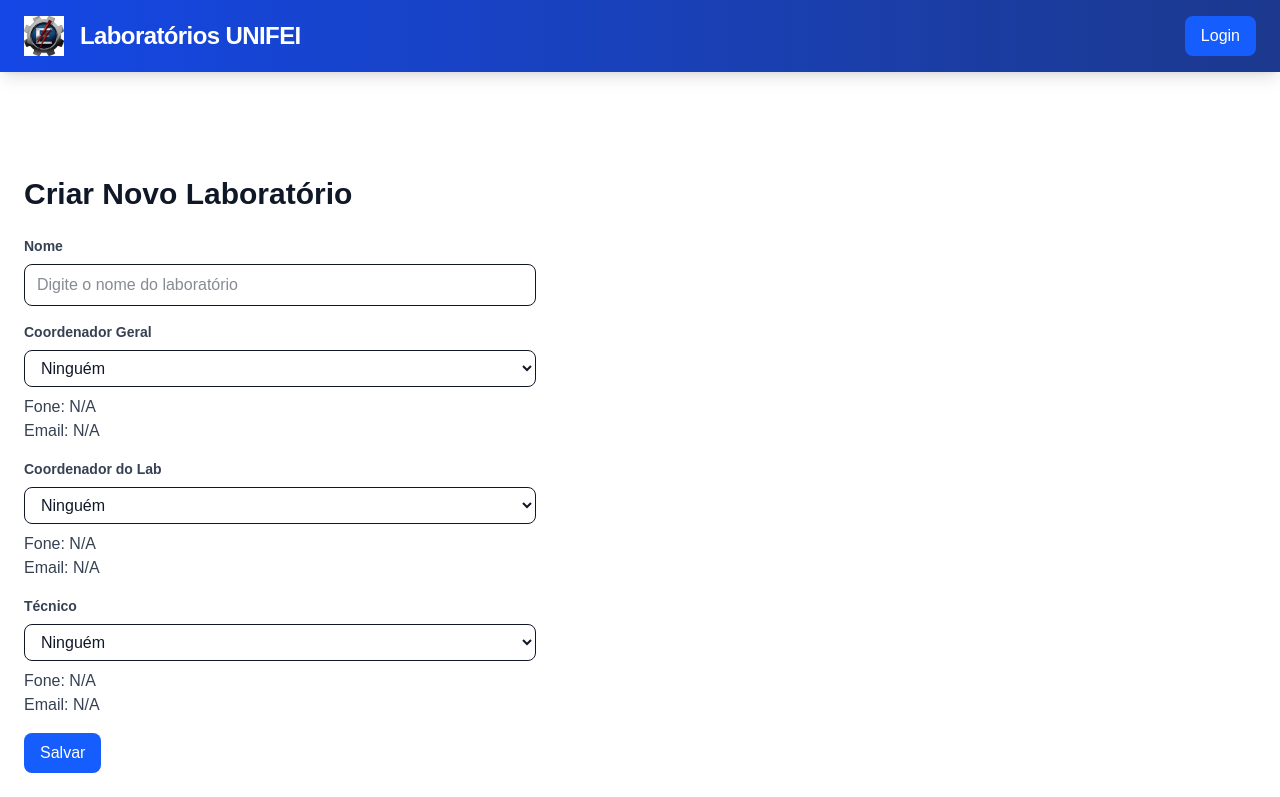
Repository: fabianosevla/gestao-labs
Page: /labs/laboratories/create (app in lab-management-system/)
An editor plug-in stored every save of this project. The page is shown before and after the next save, followed by the edit.
The browser window is 1280 px wide. The pictures show the whole page.
The page's requests for data from a server got no answer. The project was rebuilt for these pictures with package versions that can differ from the ones it lists, and the page was loaded fresh each time. The framework's server and built-in components were replaced by stand-ins that run in the browser. No one was signed in, and anything a server would have sent is missing. Also part of the build but not shown: lab-management-system/next.config.mjs.

Above is the page before, as saved 2025-05-13 17:48:59.

### lab-management-system/app/layout.js
import "./globals.css";
import Navbar from "../components/Navbar";
import { AuthProvider } from "../lib/authContext";

export const metadata = {
  title: "Gerenciamento de Laboratórios",
  description: "Sistema de gerenciamento de laboratórios da Universidade Federal de Itajubá",
};

export default function RootLayout({ children }) {
  return (
    <html lang="pt-BR">
      <body className="bg-gray-100 min-h-screen">
        <AuthProvider>
          <Navbar />
          <main className="pt-16">{children}</main>
        </AuthProvider>
      </body>
    </html>
  );
}

### lab-management-system/app/labs/laboratories/create/page.js
"use client";

import { useState } from "react";
import { useRouter } from "next/navigation";
import { useLaboratories, useAdminUsers, addLaboratory } from "../../../../lib/storage";

export default function CreateLaboratory() {
    const router = useRouter();
    const [laboratories, setLaboratories, loading, refreshLaboratories] = useLaboratories();
    const [adminUsers, , adminLoading] = useAdminUsers();
    const [formData, setFormData] = useState({
        name: "",
        generalCoordinatorId: "",
        labCoordinatorId: "",
        technicianId: "",
    });
    const [generalCoordinatorInfo, setGeneralCoordinatorInfo] = useState({ phone: "", email: "" });
    const [labCoordinatorInfo, setLabCoordinatorInfo] = useState({ phone: "", email: "" });
    const [technicianInfo, setTechnicianInfo] = useState({ phone: "", email: "" });

    const handleChange = (e) => {
        const { id, value } = e.target;
        setFormData((prev) => ({ ...prev, [id]: value }));

        // Atualizar informações de telefone e email automaticamente
        const selectedAdmin = adminUsers.find((u) => u.id === parseInt(value));
        if (id === "generalCoordinatorId") {
            setGeneralCoordinatorInfo({
                phone: selectedAdmin ? selectedAdmin.phone || "" : "",
                email: selectedAdmin ? selectedAdmin.email || "" : "",
            });
        } else if (id === "labCoordinatorId") {
            setLabCoordinatorInfo({
                phone: selectedAdmin ? selectedAdmin.phone || "" : "",
                email: selectedAdmin ? selectedAdmin.email || "" : "",
            });
        } else if (id === "technicianId") {
            setTechnicianInfo({
                phone: selectedAdmin ? selectedAdmin.phone || "" : "",
                email: selectedAdmin ? selectedAdmin.email || "" : "",
            });
        }
    };

    const handleSubmit = async (e) => {
        e.preventDefault();
        console.log("Salvando novo laboratório:", formData);

        const newLaboratory = {
            name: formData.name,
            generalCoordinatorId: formData.generalCoordinatorId ? parseInt(formData.generalCoordinatorId) : null,
            labCoordinatorId: formData.labCoordinatorId ? parseInt(formData.labCoordinatorId) : null,
            technicianId: formData.technicianId ? parseInt(formData.technicianId) : null,
        };

        await addLaboratory(newLaboratory);
        await refreshLaboratories();
        router.push("/labs/laboratories");
    };

    if (loading || adminLoading) {
        return <div>Carregando dados...</div>;
    }

    const adminOptions = [
        { id: "", name: "Ninguém" },
        ...adminUsers.map((u) => ({ id: u.id, name: u.name })),
    ];

    return (
        <div className="p-6 pt-28">
            <h1 className="text-3xl font-bold mb-6 text-gray-900">Criar Novo Laboratório</h1>
            <form className="max-w-lg" onSubmit={handleSubmit}>
                <div className="mb-4">
                    <label className="block text-gray-700 text-sm font-bold mb-2" htmlFor="name">
                        Nome
                    </label>
                    <input
                        type="text"
                        id="name"
                        value={formData.name}
                        onChange={handleChange}
                        className="w-full px-3 py-2 border rounded-lg focus:outline-none focus:ring-2 focus:ring-blue-500 text-gray-900"
                        placeholder="Digite o nome do laboratório"
                        required
                        autoComplete="off"
                    />
                </div>
                <div className="mb-4">
                    <label className="block text-gray-700 text-sm font-bold mb-2" htmlFor="generalCoordinatorId">
                        Coordenador Geral
                    </label>
                    <select
                        id="generalCoordinatorId"
                        value={formData.generalCoordinatorId}
                        onChange={handleChange}
                        className="w-full px-3 py-2 border rounded-lg focus:outline-none focus:ring-2 focus:ring-blue-500 text-gray-900"
                    >
                        {adminOptions.map((admin) => (
                            <option key={admin.id || "none"} value={admin.id}>
                                {admin.name}
                            </option>
                        ))}
                    </select>
                    <div className="mt-2 text-gray-700">
                        <p>Fone: {generalCoordinatorInfo.phone || "N/A"}</p>
                        <p>Email: {generalCoordinatorInfo.email || "N/A"}</p>
                    </div>
                </div>
                <div className="mb-4">
                    <label className="block text-gray-700 text-sm font-bold mb-2" htmlFor="labCoordinatorId">
                        Coordenador do Lab
                    </label>
                    <select
                        id="labCoordinatorId"
                        value={formData.labCoordinatorId}
                        onChange={handleChange}
                        className="w-full px-3 py-2 border rounded-lg focus:outline-none focus:ring-2 focus:ring-blue-500 text-gray-900"
                    >
                        {adminOptions.map((admin) => (
                            <option key={admin.id || "none"} value={admin.id}>
                                {admin.name}
                            </option>
                        ))}
                    </select>
                    <div className="mt-2 text-gray-700">
                        <p>Fone: {labCoordinatorInfo.phone || "N/A"}</p>
                        <p>Email: {labCoordinatorInfo.email || "N/A"}</p>
                    </div>
                </div>
                <div className="mb-4">
                    <label className="block text-gray-700 text-sm font-bold mb-2" htmlFor="technicianId">
                        Técnico
                    </label>
                    <select
                        id="technicianId"
                        value={formData.technicianId}
                        onChange={handleChange}
                        className="w-full px-3 py-2 border rounded-lg focus:outline-none focus:ring-2 focus:ring-blue-500 text-gray-900"
                    >
                        {adminOptions.map((admin) => (
                            <option key={admin.id || "none"} value={admin.id}>
                                {admin.name}
                            </option>
                        ))}
                    </select>
                    <div className="mt-2 text-gray-700">
                        <p>Fone: {technicianInfo.phone || "N/A"}</p>
                        <p>Email: {technicianInfo.email || "N/A"}</p>
                    </div>
                </div>
                <button
                    type="submit"
                    className="px-4 py-2 bg-blue-600 text-white rounded-lg hover:bg-blue-700 transition duration-300"
                >
                    Salvar
                </button>
            </form>
        </div>
    );
}

### lab-management-system/app/globals.css
@import "tailwindcss";

:root {
  --background: #ffffff;
  --foreground: #efecec;
}

@theme inline {
  --color-background: var(--background);
  --color-foreground: var(--foreground);
  --font-sans: var(--font-geist-sans);
  --font-mono: var(--font-geist-mono);
}

@media (prefers-color-scheme: dark) {
  :root {
    --background: #f7f1f1;
    --foreground: #ededed;
  }
}

body {
  background: var(--background);
  color: var(--foreground);
  font-family: Arial, Helvetica, sans-serif;
}

### lab-management-system/components/Navbar.js
"use client";

import Link from "next/link";
import { usePathname } from "next/navigation";
import { useEffect, useState } from "react";
import { useAuth } from "../lib/authContext";
import { useAdminUsers } from "../lib/storage";

export default function Navbar() {
    const pathname = usePathname();
    const [isLoginPage, setIsLoginPage] = useState(true);
    const { isAuthenticated, login, logout, userRole } = useAuth();
    const [loginData, setLoginData] = useState({ username: "", password: "" });
    const [isLoginModalOpen, setIsLoginModalOpen] = useState(false);
    const [adminUsers, , loading] = useAdminUsers();

    useEffect(() => {
        setIsLoginPage(pathname === "/login");
    }, [pathname]);

    const openLoginModal = () => setIsLoginModalOpen(true);
    const closeLoginModal = () => setIsLoginModalOpen(false);

    const handleLoginChange = (e) => {
        setLoginData({ ...loginData, [e.target.name]: e.target.value });
    };

    const handleLoginSubmit = (e) => {
        e.preventDefault();
        if (!loading && adminUsers) {
            login(loginData.username, loginData.password, adminUsers);
            closeLoginModal();
        }
    };

    if (isLoginPage) return null;

    return (
        <nav className="bg-gradient-to-r from-blue-700 to-blue-900 text-white shadow-lg fixed top-0 left-0 w-full z-50">
            <div className="max-w-7xl mx-auto px-6 py-4 flex justify-between items-center">
                <div className="flex items-center space-x-4">
                    <img
                        src="/images/unifei.jpg"
                        alt="Logo da Universidade Federal de Itajubá"
                        className="h-10 w-10"
                    />
                    <Link href="/" className="text-2xl font-bold tracking-tight text-white hover:text-gray-200 transition">
                        Laboratórios UNIFEI
                    </Link>
                </div>
                <div className="flex items-center space-x-16">
                    {isAuthenticated && (
                        <>
                            {/* Usuários */}
                            <div className="relative group">
                                <button className="px-4 py-2 rounded-xl hover:bg-blue-800 transition duration-300 ease-in-out font-medium">
                                    Usuários
                                </button>
                                <div className="absolute right-0 mt-2 w-40 bg-white text-gray-800 rounded-xl shadow-2xl opacity-0 group-hover:opacity-100 group-hover:translate-y-0 transform -translate-y-3 transition-all duration-300 ease-in-out z-10">
                                    <Link href="/labs/users/visitor" className="block px-4 py-2 hover:bg-blue-100 rounded-t-xl transition duration-200">Visitantes</Link>
                                    <Link href="/labs/users/admin" className="block px-4 py-2 hover:bg-blue-100 rounded-b-xl transition duration-200">Admin</Link>
                                </div>
                            </div>

                            {/* Laboratórios */}
                            <div className="relative group">
                                <button className="px-4 py-2 rounded-xl hover:bg-blue-800 transition duration-300 ease-in-out font-medium">
                                    Laboratórios
                                </button>
                                <div className="absolute right-0 mt-2 w-40 bg-white text-gray-800 rounded-xl shadow-2xl opacity-0 group-hover:opacity-100 group-hover:translate-y-0 transform -translate-y-3 transition-all duration-300 ease-in-out z-20">
                                    <Link href="/labs/laboratories" className="block px-4 py-2 hover:bg-blue-100 rounded-t-xl transition duration-200">Laboratórios</Link>
                                    <div className="relative group/sub">
                                        <button className="block px-4 py-2 hover:bg-blue-100 w-full text-left transition duration-200">
                                            Hardware
                                        </button>
                                        <div className="absolute right-40 top-0 w-40 bg-white text-gray-800 rounded-xl shadow-2xl opacity-0 group-hover/sub:opacity-100 group-hover/sub:translate-x-0 transform translate-x-3 transition-all duration-300 ease-in-out z-20">
                                            <Link href="/labs/hardware/micro" className="block px-4 py-2 hover:bg-blue-100 rounded-t-xl transition duration-200">Micro</Link>
                                            <Link href="/labs/hardware/macro" className="block px-4 py-2 hover:bg-blue-100 rounded-b-xl transition duration-200">Macro</Link>
                                        </div>
                                    </div>
                                    <Link href="/labs/software" className="block px-4 py-2 hover:bg-blue-100 rounded-b-xl transition duration-200">Software</Link>
                                </div>
                            </div>
                        </>
                    )}

                    {/* Botão de Login ou Logout */}
                    {!isAuthenticated ? (
                        <button
                            onClick={openLoginModal}
                            className="px-4 py-2 bg-blue-600 text-white rounded-lg hover:bg-blue-700 transition duration-300"
                        >
                            Login
                        </button>
                    ) : (
                        <button
                            onClick={logout}
                            className="px-4 py-2 bg-red-600 text-white rounded-lg hover:bg-red-700 transition duration-300"
                        >
                            Logout
                        </button>
                    )}
                    {isLoginModalOpen && (
                        <div className="fixed inset-0 bg-black bg-opacity-50 flex items-center justify-center z-50">
                            <div className="bg-white rounded-lg p-6 w-full max-w-md shadow-lg">
                                <h2 className="text-2xl font-bold text-gray-900 mb-4">Login</h2>
                                <form onSubmit={handleLoginSubmit}>
                                    <div className="mb-4">
                                        <label className="block text-gray-700 text-sm font-bold mb-2" htmlFor="username">
                                            Usuário
                                        </label>
                                        <input
                                            type="text"
                                            id="username"
                                            name="username"
                                            value={loginData.username}
                                            onChange={handleLoginChange}
                                            className="w-full px-3 py-2 border rounded-lg focus:outline-none focus:ring-2 focus:ring-blue-500 text-gray-900"
                                            placeholder="Digite o usuário"
                                            required
                                            autoComplete="username"
                                        />
                                    </div>
                                    <div className="mb-4">
                                        <label className="block text-gray-700 text-sm font-bold mb-2" htmlFor="password">
                                            Senha
                                        </label>
                                        <input
                                            type="password"
                                            id="password"
                                            name="password"
                                            value={loginData.password}
                                            onChange={handleLoginChange}
                                            className="w-full px-3 py-2 border rounded-lg focus:outline-none focus:ring-2 focus:ring-blue-500 text-gray-900"
                                            placeholder="Digite a senha"
                                            required
                                            autoComplete="current-password"
                                        />
                                    </div>
                                    <button
                                        type="submit"
                                        className="w-full px-4 py-2 bg-blue-600 text-white rounded-lg hover:bg-blue-700 transition duration-300"
                                    >
                                        Entrar
                                    </button>
                                </form>
                                <button
                                    onClick={closeLoginModal}
                                    className="mt-4 w-full px-4 py-2 bg-gray-500 text-white rounded-lg hover:bg-gray-600 transition duration-300"
                                >
                                    Fechar
                                </button>
                            </div>
                        </div>
                    )}
                </div>
            </div>
        </nav>
    );
}

### lab-management-system/lib/authContext.js
"use client";

import { createContext, useContext, useState, useEffect } from "react";

const AuthContext = createContext();

export function AuthProvider({ children }) {
    const [isAuthenticated, setIsAuthenticated] = useState(false);
    const [userRole, setUserRole] = useState(null);

    useEffect(() => {
        const storedAuth = localStorage.getItem("isAuthenticated");
        const storedRole = localStorage.getItem("userRole");
        if (storedAuth === "true" && storedRole) {
            setIsAuthenticated(true);
            setUserRole(storedRole);
        }
    }, []);

    const login = (username, password, adminUsers) => {
        if (!adminUsers) return;
        const user = adminUsers.find(
            (u) => u.username === username && u.password === password && u.status === "ativo"
        );
        if (user) {
            setIsAuthenticated(true);
            setUserRole(user.role || "user"); // Assume "user" como padrão se role não estiver definida
            localStorage.setItem("isAuthenticated", "true");
            localStorage.setItem("userRole", user.role || "user");
        }
    };

    const logout = () => {
        setIsAuthenticated(false);
        setUserRole(null);
        localStorage.removeItem("isAuthenticated");
        localStorage.removeItem("userRole");
    };

    return (
        <AuthContext.Provider value={{ isAuthenticated, userRole, login, logout }}>
            {children}
        </AuthContext.Provider>
    );
}

export function useAuth() {
    return useContext(AuthContext);
}

Loaded but not shown: lab-management-system/lib/storage.js (library)

After the next save:
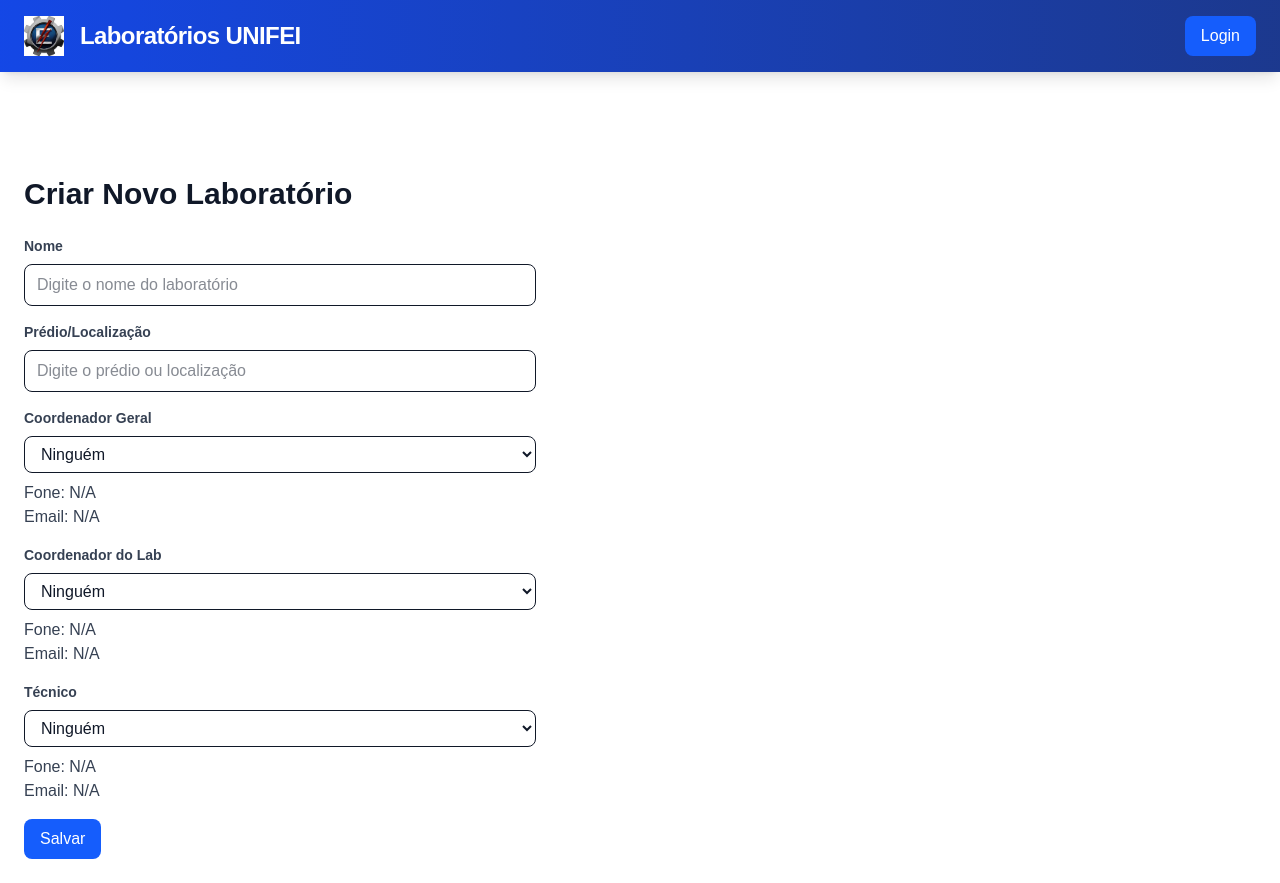
Saved 4 min 39 s later.
--- a/lab-management-system/app/labs/laboratories/create/page.js
+++ b/lab-management-system/app/labs/laboratories/create/page.js
@@ -10,6 +10,7 @@
     const [adminUsers, , adminLoading] = useAdminUsers();
     const [formData, setFormData] = useState({
         name: "",
+        location: "", // Novo campo Prédio/Localização
         generalCoordinatorId: "",
         labCoordinatorId: "",
         technicianId: "",
@@ -48,6 +49,7 @@
 
         const newLaboratory = {
             name: formData.name,
+            location: formData.location, // Inclui o novo campo
             generalCoordinatorId: formData.generalCoordinatorId ? parseInt(formData.generalCoordinatorId) : null,
             labCoordinatorId: formData.labCoordinatorId ? parseInt(formData.labCoordinatorId) : null,
             technicianId: formData.technicianId ? parseInt(formData.technicianId) : null,
@@ -83,6 +85,20 @@
                         className="w-full px-3 py-2 border rounded-lg focus:outline-none focus:ring-2 focus:ring-blue-500 text-gray-900"
                         placeholder="Digite o nome do laboratório"
                         required
+                        autoComplete="off"
+                    />
+                </div>
+                <div className="mb-4">
+                    <label className="block text-gray-700 text-sm font-bold mb-2" htmlFor="location">
+                        Prédio/Localização
+                    </label>
+                    <input
+                        type="text"
+                        id="location"
+                        value={formData.location}
+                        onChange={handleChange}
+                        className="w-full px-3 py-2 border rounded-lg focus:outline-none focus:ring-2 focus:ring-blue-500 text-gray-900"
+                        placeholder="Digite o prédio ou localização"
                         autoComplete="off"
                     />
                 </div>
